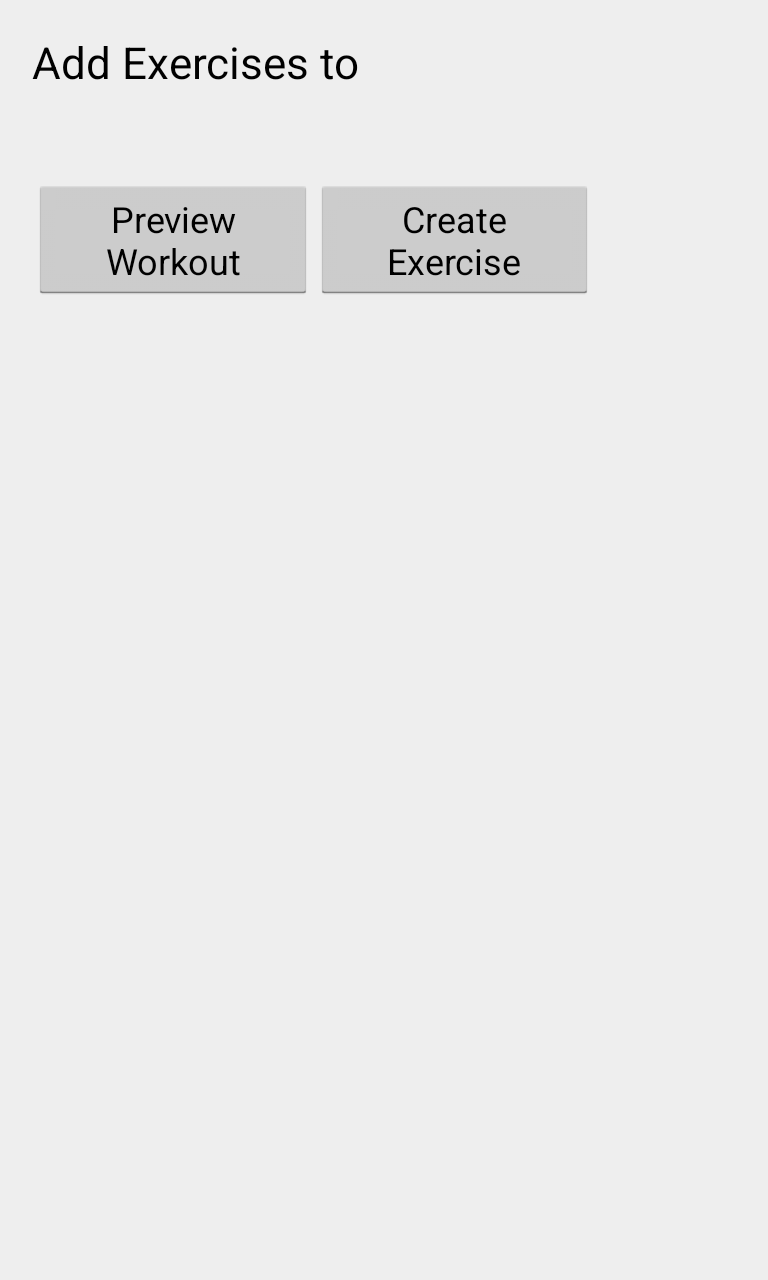
Repository: jmcdon09/EZWorkout
Layout: EzTrain/EzTrain/res/layout/activity_add_exercises.xml
The author's editor kept a copy of each file at every save. The layout is drawn from the files as they stood at one save, then again after the next save.
It is drawn on a 768 x 1280 px phone screen (xhdpi) without system bars, with theme AppTheme; the app's code is not run. Lists and similar views that code fills are empty.

Above is the layout before, as saved 2014-03-28 14:43:01.

### EzTrain/EzTrain/res/layout/activity_add_exercises.xml
<LinearLayout xmlns:android="http://schemas.android.com/apk/res/android"
    xmlns:tools="http://schemas.android.com/tools"
    android:id="@+id/LinearLayout1"
    android:layout_width="match_parent"
    android:layout_height="match_parent"
    android:background="@color/background"
    android:orientation="vertical"
    android:paddingBottom="@dimen/activity_vertical_margin"
    android:paddingLeft="@dimen/activity_horizontal_margin"
    android:paddingRight="@dimen/activity_horizontal_margin"
    android:paddingTop="@dimen/activity_vertical_margin"
    tools:context=".AddExercises" >

    <LinearLayout
        android:layout_width="match_parent"
        android:layout_height="wrap_content" >

        <TextView
            android:id="@+id/adding_exercises"
            android:layout_width="wrap_content"
            android:layout_height="wrap_content"
            android:text="@string/add_exercise_to_workout"
            android:textAppearance="?android:attr/textAppearanceLarge" />

        <TextView
            android:id="@+id/workout_name"
            android:layout_width="wrap_content"
            android:layout_height="wrap_content"
            android:textAppearance="?android:attr/textAppearanceMedium" />

    </LinearLayout>

    <TextView
        android:id="@+id/muscle_group"
        android:layout_width="wrap_content"
        android:layout_height="wrap_content"
        android:textAppearance="?android:attr/textAppearanceMedium" />

    <ListView
        android:id="@+id/exercise_list"
        android:layout_width="match_parent"
        android:layout_height="wrap_content" >
    </ListView>

    <TextView
        android:id="@+id/spinner_result"
        android:layout_width="wrap_content"
        android:layout_height="wrap_content" />

    <LinearLayout
        android:weightSum="100"
        android:layout_width="fill_parent"
        android:layout_gravity="center"
        android:layout_height="wrap_content"
        android:orientation="horizontal" >

        <Button
            android:id="@+id/preview_workout"
            android:layout_width="fill_parent"
            android:layout_height="wrap_content"
            android:layout_weight="60"
            android:layout_gravity="center"
            android:text="@string/preview_workout" />

        <Button
            android:id="@+id/create_new_exercise"
            android:layout_width="fill_parent"
            android:layout_height="wrap_content"
            android:layout_weight="60"
            android:layout_gravity="center"
            android:text="@string/create_exercise" />

    </LinearLayout>

</LinearLayout>

### EzTrain/EzTrain/res/values-v11/styles.xml
<?xml version="1.0" encoding="utf-8"?>
<resources>

    <!--
        Base application theme for API 11+. This theme completely replaces
        AppBaseTheme from res/values/styles.xml on API 11+ devices.
    -->
    <style name="AppBaseTheme" parent="android:Theme.Holo.Light">
        <!-- API 11 theme customizations can go here. -->
    </style>

    <style name="FullscreenTheme" parent="android:Theme.Holo">
        <item name="android:actionBarStyle">@style/FullscreenActionBarStyle</item>
        <item name="android:windowActionBarOverlay">true</item>
        <item name="android:windowBackground">@null</item>
        <item name="buttonBarStyle">?android:attr/buttonBarStyle</item>
        <item name="buttonBarButtonStyle">?android:attr/buttonBarButtonStyle</item>
    </style>

    <style name="FullscreenActionBarStyle" parent="android:Widget.Holo.Light.ActionBar">
        <item name="android:background">@color/action_bar_background</item>
        <item name="android:actionMenuTextColor">@color/black_overlay</item>
    </style>

</resources>

### EzTrain/EzTrain/res/values-v14/styles.xml
<resources>

    <!--
        Base application theme for API 14+. This theme completely replaces
        AppBaseTheme from BOTH res/values/styles.xml and
        res/values-v11/styles.xml on API 14+ devices.
    -->
    <style name="AppBaseTheme" parent="@android:style/Theme.Holo.Light.DarkActionBar">
        <!-- API 14 theme customizations can go here. -->
        <item name="android:actionBarStyle">@style/MyActionBar</item>


    </style>

    <style name="MyActionBar" parent="@android:style/Widget.Holo.Light.ActionBar">
        <item name="android:background">@color/action_bar_background</item>
        <item name="android:titleTextStyle">@style/MyActionBarTitle</item>
    </style>

	<style name="MyActionBarTitle" parent="@android:style/TextAppearance.Holo.Widget.ActionBar.Title">
	    <item name="android:textColor">@color/title</item>

	</style>



</resources>

### EzTrain/EzTrain/res/values/colors.xml
<resources>

    <color name="action_bar_background">#4db6af</color>
    <color name="black_overlay">#66000000</color>
    <color name="background">#eee</color>
    <color name="font">#444</color>
    <color name="accent">#ccc</color>
    <color name="title">#FFF</color>

</resources>

### EzTrain/EzTrain/res/values/strings.xml
<?xml version="1.0" encoding="utf-8"?>
<resources>

    <string name="app_name">EZWorkout</string>

    <string-array name="muscle_groups">
        <item>Arms</item>
        <item>Abdominals</item>
        <item>Chest</item>
        <item>Back</item>
        <item>Legs</item>
        <item>Shoulders</item>
    </string-array>

    <string-array name="my_workouts">
        <item>Biceps</item>
        <item>Major Chest Workout</item>
    </string-array>

    <string-array name="chest">
        <item>Benchpress</item>
        <item>Butterflys</item>
        <item>Push Ups</item>
        <item>Iron Cross</item>
        <item>Decline Dumbell Press</item>
        <item></item>
    </string-array>

    <string-array name="arms">
        <item>Bicep Curls</item>
        <item>Spider Curls</item>
        <item>Tricep Dips</item>
        <item>Skullcrushers</item>
        <item>French Press</item>
    </string-array>

    <string-array name="shoudlers">
        <item>Shoulder Abduction</item>
        <item>Military Press</item>
    </string-array>

    <string-array name="abdominals">
        <item>Crunches</item>
        <item>Russian Twists</item>
        <item>Sit-ups</item>
        <item>Toe Touches</item>
    </string-array>

    <string-array name="legs">
        <item>One Legged Squats</item>
        <item>Romanian Deadlifts</item>
        <item>Trap Bar Deadlifts</item>
        <item>Box Jumps</item>
    </string-array>

    <string-array name="back">
        <item>Standing Good Mornings</item>
        <item>Seated Good Mornings</item>
        <item>Reverse Hypers</item>
        <item>Chin Ups</item>
    </string-array>

    <string name="workout_now">Start Workout</string>
    <string name="progress">My Progress</string>
    <string name="design_work">Design Workout</string>
    <string name="title_activity_start_workout">Start Workout</string>
    <string name="title_activity_my_progress">My Progress</string>
    <string name="title_activity_design_workout">Design Workout</string>
    <string name="title_activity_add_exercises">Add Exercises</string>
    <string name="title_activity_create_exercise">Create Exercise</string>
    <string name="title_activity_preview_workout">Preview Workout</string>
    <string name="title_activity_my_workouts">My Workouts</string>
    <string name="title_activity_workout">Workout</string>
    <string name="title_activity_active_workout">Active Workout</string>
    <string name="workout_name">Workout Name</string>
    <string name="return_workout"></string>
    <string name="action_settings">Action Settings</string>
    <string name="add_exercise_to_workout">Add Exercises to </string>
    <string name="add_exercise">Add Exercise</string>
    <string name="begin_design">Start Design</string>
    <string name="create_exercise">Create Exercise</string>
    <string name="muscle_group">Muscle Group</string>
    <string name="workout_description">Workout Description</string>
    <string name="related_workouts">Related Workouts</string>
    <string name="my_workouts">My Workouts</string>
    <string name="exercises">Exercises</string>
    <string name="start_workout">Start Workout</string>
    <string name="browse_workouts">Browse Workouts</string>
    <string name="exercise_name">Exercise Name</string>
    <string name="set_number">Set #</string>
    <string name="reps">Repitions</string>
    <string name="rep_hint">Rep hint goes here</string>
    <string name="weight">Weight</string>
    <string name="table_exercise">Exercise</string>
    <string name="table_sets">Sets</string>
    <string name="table_reps">Repititions</string>
    <string name="action_home">Home</string>
    <string name="exercise1">Bench press </string>
    <string name="set1">4</string>
    <string name="rep1">8#821112</string>
    <string name="exercise_detail">Details here</string>
    <string name="title_activity_preview_exercise">Preview Exercise</string>
    <string name="hello_world">Hello world!</string>
    <string name="preview_workout">Preview Workout</string>
    <string name="title_activity_preview_design">Preview Design</string>
    <string name="exercise">Exercise: </string>
    <string name="preview_exer_set">Sets: </string>
    <string name="preview_exer_reps">Reps: </string>

</resources>

Loaded but not shown: EzTrain/EzTrain/res/values/styles.xml (common file); EzTrain/EzTrain/res/values/dimens.xml (common file)

After the next save:
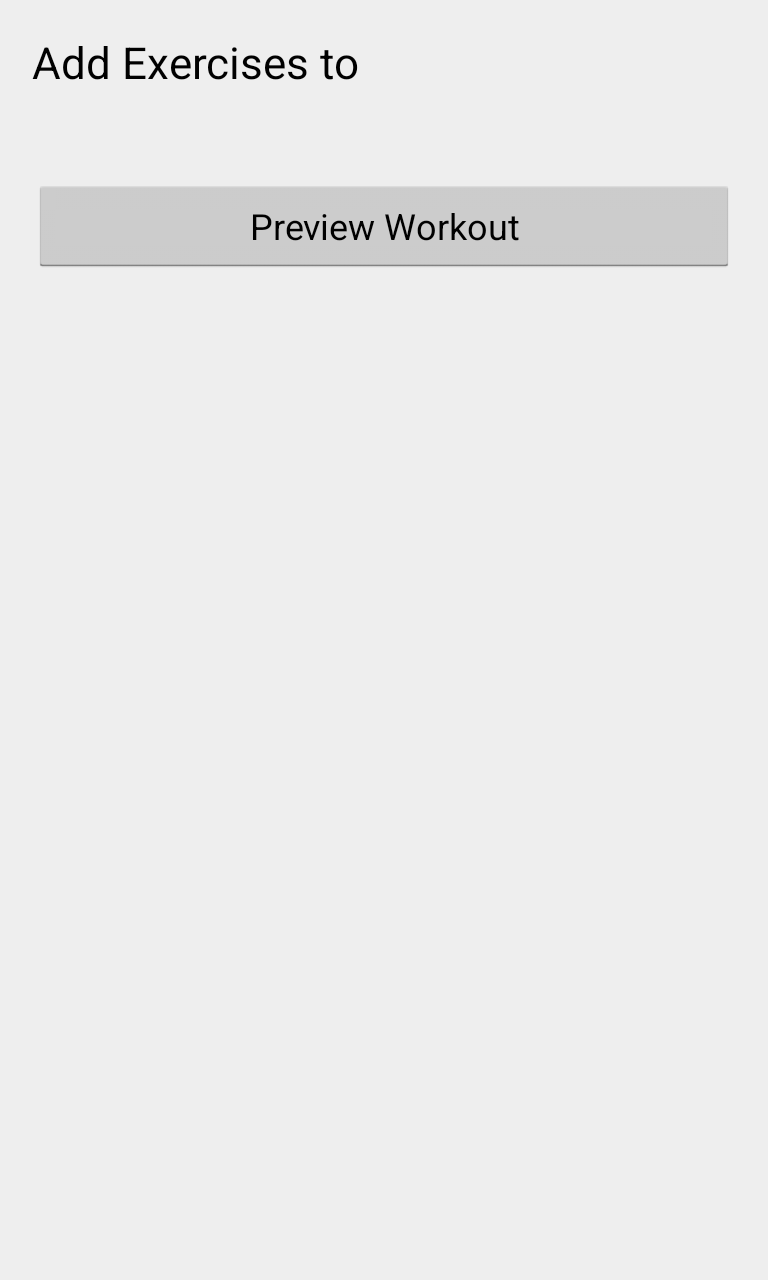
Saved 8 min 39 s later.
--- a/EzTrain/EzTrain/res/layout/activity_add_exercises.xml
+++ b/EzTrain/EzTrain/res/layout/activity_add_exercises.xml
@@ -47,7 +47,7 @@
         android:layout_width="wrap_content"
         android:layout_height="wrap_content" />
 
-    <LinearLayout
+     <LinearLayout
         android:weightSum="100"
         android:layout_width="fill_parent"
         android:layout_gravity="center"
@@ -62,13 +62,7 @@
             android:layout_gravity="center"
             android:text="@string/preview_workout" />
 
-        <Button
-            android:id="@+id/create_new_exercise"
-            android:layout_width="fill_parent"
-            android:layout_height="wrap_content"
-            android:layout_weight="60"
-            android:layout_gravity="center"
-            android:text="@string/create_exercise" />
+
 
     </LinearLayout>
 
